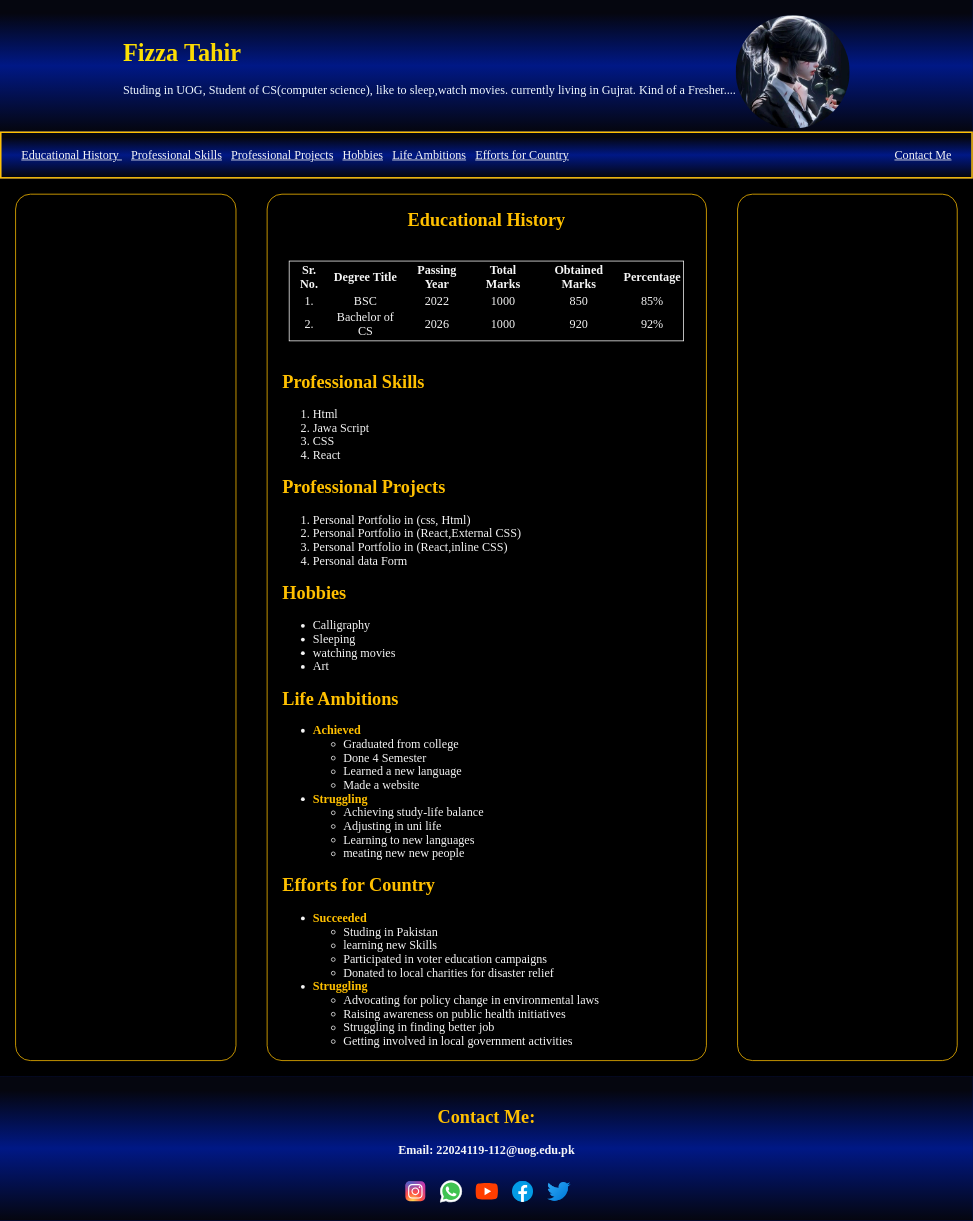
Repository: Fizza-112/project
Page: /
The author's editor kept a copy of each file at every save. The page is drawn from the files as they stood at one save, then again after the next save.
The browser window is 1280 px wide. The pictures show the whole page, at 76% of full size.
The project was rebuilt for these pictures with package versions that can differ from the ones it lists, and the page was loaded fresh each time. Also part of the build but not shown: vite.config.ts.

Above is the page before, as saved 2024-09-18 12:11:52.

### src/App.tsx

import "./App.css"
import profileimg from "./assets/WhatsApp Image 2024-09-06 at 9.05.18 AM.jpeg"

import instaimg from "./components/icons8-insta.svg"
import whatsappimg from "./components/icons8-whatsapp.svg"
import youtubeimg from "./components/icons8-youtube.svg"
import facebookimg from "./components/facebook icon.png"
import twitterimg from "./components/twitter.png"

const App = () => {
  return (
    <>
    <header>
    <div> <h1 id='name'><b>Fizza Tahir</b></h1>
    <p id="intro">Studing in UOG, Student of CS(computer science),
    like to sleep,watch movies. currently living in Gujrat. Kind of a Fresher....</p>
    </div>
    <div>
      <img  src={profileimg} alt='image' id="image"/>
    </div>
    </header>

    <nav id="nav">
      <div>
  <a href='#EducationalHistory'>Educational History </a>
  <a href='#ProfessionalSkills'>Professional Skills</a>
  <a href="#ProfessionalProjects">Professional Projects</a>
  <a href="#Hobbies">Hobbies</a>
  <a href="#life-ambitions">Life Ambitions</a>
  <a href="#efforts-for-country">Efforts for Country</a>
  </div>
  <div>
  <a href="#Contact-Me">Contact Me</a>
  </div>
</nav>

<div className="div">
<div id="blank-div"></div>

<div id='main-contant'>

  <div id="EducationalHistory">

    <h2 className='nam'>Educational History</h2>
        <table>
            <thead>
                <tr>
                    <th>Sr. No.</th>
                    <th>Degree Title</th>
                    <th>Passing Year</th>
                    <th>Total Marks</th>
                    <th>Obtained Marks</th>
                    <th>Percentage</th>
                </tr>
            </thead>
            <tbody>
                <tr>
                    <td>1.</td>
                    <td>BSC</td>
                    <td>2022</td>
                    <td>1000</td>
                    <td>850</td>
                    <td>85%</td>
                </tr>
                <tr>
                    <td>2.</td>
                    <td>Bachelor of CS</td>
                    <td>2026</td>
                    <td>1000</td>
                    <td>920</td>
                    <td>92%</td>
                </tr>
            </tbody>
        </table>

  </div>

  <div id="ProfessionalSkills">
<h2 className='nam'>Professional Skills</h2>
<ol>
<li>Html</li>
<li>Jawa Script</li>
<li>CSS</li>
<li>React</li>
</ol>
   </div>

  <div id="ProfessionalProjects">
<h2 className='nam'>Professional Projects</h2>
<ol>
<li>Personal Portfolio in (css, Html)</li>
<li>Personal Portfolio in (React,External CSS)</li>
<li>Personal Portfolio in (React,inline CSS)</li>
<li>Personal data Form</li>
</ol>
   </div>

  <div id="Hobbies">
<h2 className='nam'>Hobbies</h2>
<ul>
<li>Calligraphy</li>
<li>Sleeping</li>
<li>watching movies</li>
<li>Art</li>
</ul>
   </div>

   <div id="life-ambitions">
    <h2 className='nam'>Life Ambitions</h2>
    <ul>
      <li><b className='nam'>Achieved</b></li>
      <ul>
        <li>Graduated from college</li>
        <li>Done 4 Semester </li>
        <li>Learned a new language</li>
        <li>Made a website </li>
      </ul>
      <li><b className='nam'>Struggling</b></li>
      <ul>
        <li>Achieving study-life balance</li>
        <li>Adjusting in uni life</li>
        <li>Learning to new languages</li>
        <li>meating new new people</li>
      </ul>
    </ul>
    </div>

    <div id="efforts-for-country">
    <h2 className='nam'>Efforts for Country</h2>
    <ul>
      <li><b className='nam'>Succeeded</b></li>
      <ul>
        <li>Studing in Pakistan</li>
        <li>learning new Skills</li>
        <li>Participated in voter education campaigns</li>
        <li>Donated to local charities for disaster relief</li>
      </ul>
      <li><b className='nam'>Struggling</b></li>
      <ul>
        <li>Advocating for policy change in environmental laws</li>
        <li>Raising awareness on public health initiatives</li>
        <li>Struggling in finding better job</li>
        <li>Getting involved in local government activities</li>
      </ul>
    </ul>
  </div>

  </div>
  <div id="end"></div>
  </div>

<div id="Contact-Me">
  <footer id='footer'>
<h2 className='con'>Contact Me: </h2>
<h4> Email: 22024119-112@uog.edu.pk</h4>
<div id="logo">
  <a href="https://www.instagram.com/" target='_blank'><img src={instaimg} alt='icon' className='icons'></img></a>
  <a href="https://web.whatsapp.com/" target='_blank'><img src={whatsappimg} alt='icon' className='icons'></img></a>
  <a href="https://www.youtube.com/" target='_blank'><img src={youtubeimg} alt='icon' className='icons'></img></a>
  <a href="https://www.facebook.com/login/?next=https%3A%2F%2Fwww.facebook.com%2F" target='_blank'><img src={facebookimg} alt='icon' className='icons'></img></a>
  <a href="https://twitter.com/i/flow/login" target='_blank'><img src={twitterimg} alt='icon' className='icons'></img></a>

</div>
  </footer>
  </div>
    </>
  )
}

export default App

### src/App.css
body{
  margin: 0px;
  padding: 0px;

  /* background-color:bisque;
  background-image: linear-gradient(19deg, bisque 0%, #989fff 100%);
   */
   /* background-color:bisque;
background-image: linear-gradient(62deg, bisque 0%, #945cfd 100%); */
/* background-color: #001886;
background-image: linear-gradient(43deg, #001886 0%, #05060f 46%, #001886  100%); */
background-color:black;



}
header{
  display: flex;
  align-items: center;
  justify-content: center;
  width: 100%;
  color:aliceblue;
  background-color: #001886;
  background-image: linear-gradient(180deg, #05060f 10%,#001886   50%, #05060f 100%);
/* background-image: linear-gradient(43deg, #001886 0%, #05060f 46%, #001886  100%);  */
}
#name{
  /*
  /* color:#880808;
  color:#ffc000; */
  background: -webkit-linear-gradient(62deg, #fde403 0%, #efa400 100%);
  -webkit-background-clip: text;
  -webkit-text-fill-color: transparent;

}
#image{
  width: 150px;
  margin-left: auto !important; /* This pushes the image to the right */
  border-radius: 50%;
  margin-top: 20px;

}
#nav{
  display: flex;
  align-items:center;
  justify-content: space-between;
   padding: 20px;
   background-color:  #001886;
   background-image: linear-gradient(180deg, #05060f 10%,#001886   50%, #05060f 100%);
   /* background-image: linear-gradient(180deg, #001886 10%, #05060f 50%, #001886  100%); */
   /* background-color: #001886;
   background-image: linear-gradient(43deg, #001886 0%, #05060f 46%, #001886  100%);  */


  border: 2px solid #ffc000;
}

.div{
  display: flex;


}
#blank-div{
width: 25%;
border: 1px solid #ffc000 ;
                    /*    left box contant border */
margin: 20px;
border-radius:20px;
}
#main-contant{
  width: 50%;
  border: 1px solid #ffc000;      /*center contant border*/
  margin: 20px;
border-radius:20px;
}
#end{
  width: 25%;
  border: 1px solid #ffc000;     /*right contant border*/

  margin: 20px;
  border-radius:20px;

}
a{
  color:whitesmoke;
  margin: 6px;

}
table{
  border: 1px solid ;       /*table border*/
  justify-content:center;
  align-items:center;
  text-align: center;
 width: 90%;
  margin: 20px;


}
#EducationalHistory{
  color:whitesmoke;
  width:100%;
  display:flex;
  flex-direction: column;
  justify-content: center;
  align-items:center;
}
#ProfessionalSkills{
  margin-left: 20px;
  color:whitesmoke;
}
#ProfessionalProjects{
  margin-left: 20px;
  color:whitesmoke;
}
#Hobbies{
  margin-left: 20px;
  color:whitesmoke;
}
#life-ambitions{
  margin-left: 20px;
  color:whitesmoke;
}
#efforts-for-country{
  margin-left: 20px;
  color:whitesmoke;
}
.nam{
  color:#ffc000;
}
.con{
 color:#ffc000;

}
#footer{
  text-align: center;
  background-color:  #001886;
background-image: linear-gradient(180deg, #05060f 10%,#001886   50%, #05060f 100%);
/*
  background-color: #001886;
  background-image: linear-gradient(43deg, #001886 0%, #05060f 46%, #001886  100%);  */

  color:whitesmoke;
  margin: 20px, 0px 0px, 0px;
  padding:20px;

  height: 150px;

}
#logo{
  display: flex;
  justify-content: center;
  align-items:center;
}
.icons{
  width: 35px;
  height: auto;
}

Loaded but not shown: index.html (common file); src/main.tsx (common file); src/index.css (no stored copy; drawn as an empty file)

After the next save:
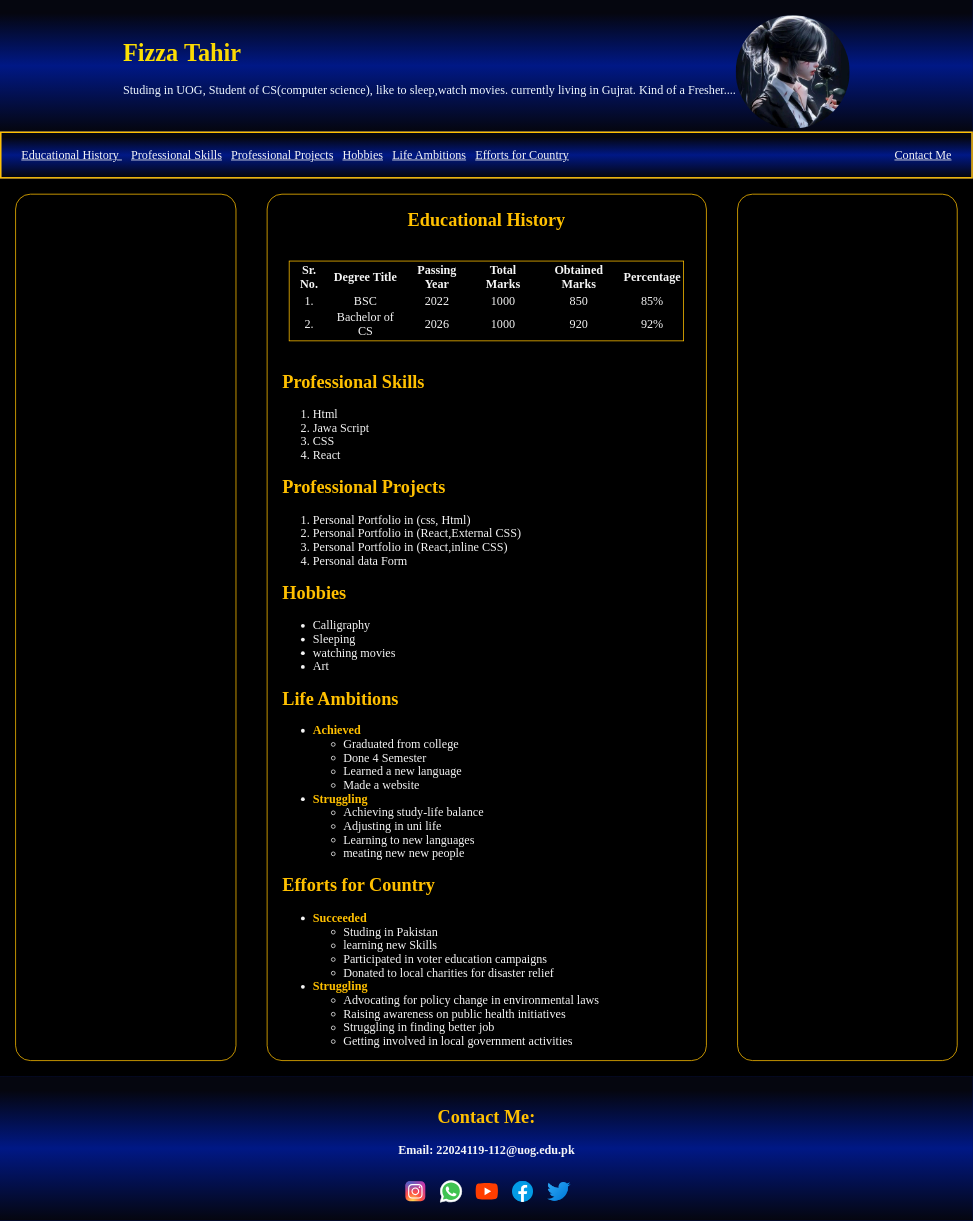
Saved 9 s later.
--- a/src/App.css
+++ b/src/App.css
@@ -87,7 +87,7 @@ a{
 
 }
 table{
-  border: 1px solid ;       /*table border*/
+  border: 1px solid #ffc000;       /*table border*/
   justify-content:center;
   align-items:center;
   text-align: center;
